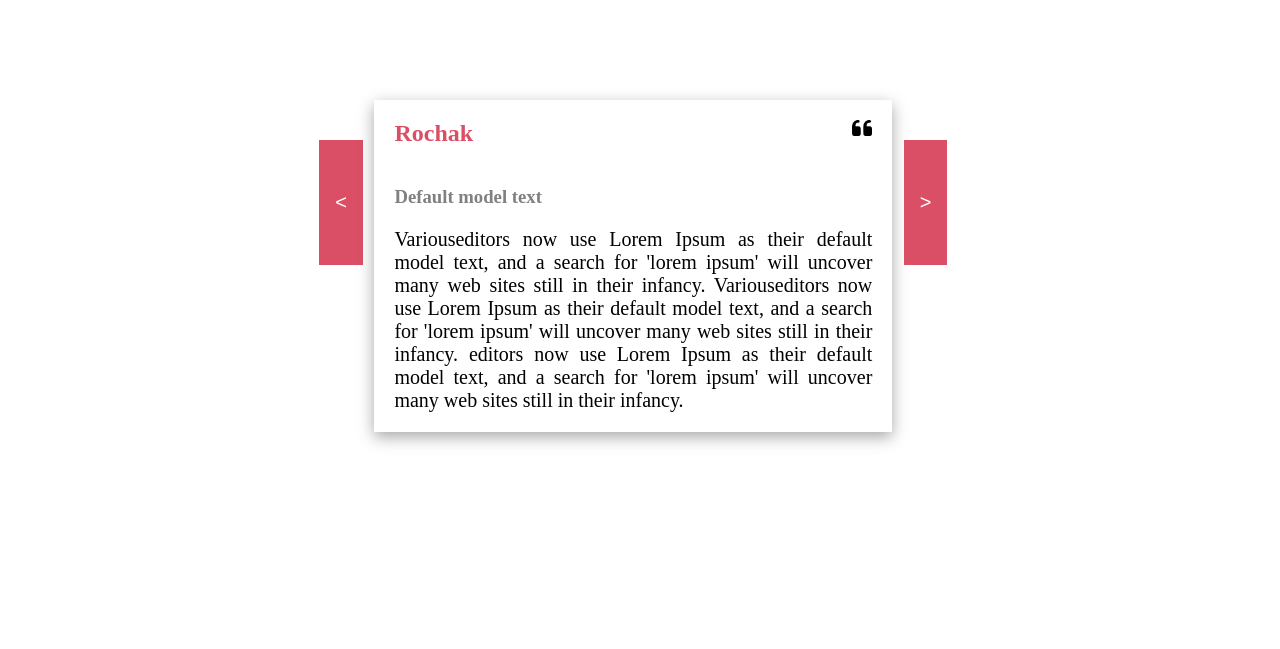
Repository: AVINKUMARP/gifts
Page: demo2.html
The author's editor kept a copy of each file at every save. The page is drawn from the files as they stood at one save, then again after the next save.
The browser window is 1280 px wide. The pictures show the whole page.

Above is the page before, as saved 2023-08-24 14:24:10.

### demo2.html
<!DOCTYPE html>
<html lang="en">
<head>
    <meta charset="UTF-8">
    <meta name="viewport" content="width=device-width, initial-scale=1.0">
    <title>Document</title>
    <style>
        .container{
            display: flex;
            flex-wrap: wrap;
            text-align: center;
            margin: 100px 300px;
        }
        .cbutl{
            width: 10%;
        }
        .cpara{
            width: 78%;
            box-shadow: rgba(0, 0, 0, 0.35) 0px 5px 15px;
        }
        .cbutr{
            width: 10%;
        }
        .csub{
            display: flex;
            flex-wrap: wrap;
            justify-content: space-between;
        }
        .cbutl button{
            background-color: #db4f66;
            color: white;
            border:1px solid #db4f66;
            padding: 50px 15px;
            font-size: 20px;
        }
        .cbutl{
            padding-top: 40px;
        }
        .cbutr button{
            background-color: #db4f66;
            color: white;
            border:1px solid #db4f66;
            padding: 50px 15px;
            font-size: 20px;
        }
        .cbutr{
            padding-top: 40px;
        }
        .csub h2{
            text-align: start;

        }
        .ch h2{
            color:#db4f66;
        }
        .cpara h3{
            color:gray;
        }
        .cpara h3{
            text-align: start;
            padding: 0 20px;
        }
        .cpara p{
            text-align: justify;
            font-size: 20px;
            padding: 0 20px;
        }
        .cicon{
            padding-top: 20px;
            text-align: end;
        }
        .csub{
            padding: 0 20px;
        }
    </style>
</head>
<body>
    <div class="container">
        <div class="cbutl"><button><</button></div>
        <div class="cpara">
            <div class="csub">
                <div class="ch"><h2>Rochak</h2>
                </div>
                <div class="cicon"><img src="./images/icon.png" alt="loading..." width="8%"></div>
            </div>
            <h3>Default model text</h3>
            <p>Variouseditors now use Lorem Ipsum as their default model text, and a search for 'lorem ipsum' will uncover many web sites still in their infancy. Variouseditors now use Lorem Ipsum as their default model text, and a search for 'lorem ipsum' will uncover many web sites still in their infancy. editors now use Lorem Ipsum as their default model text, and a search for 'lorem ipsum' will uncover many web sites still in their infancy.</p>
        </div>
        <div class="cbutr"><button>></button></div>
    </div>
</body>
</html>

After the next save:
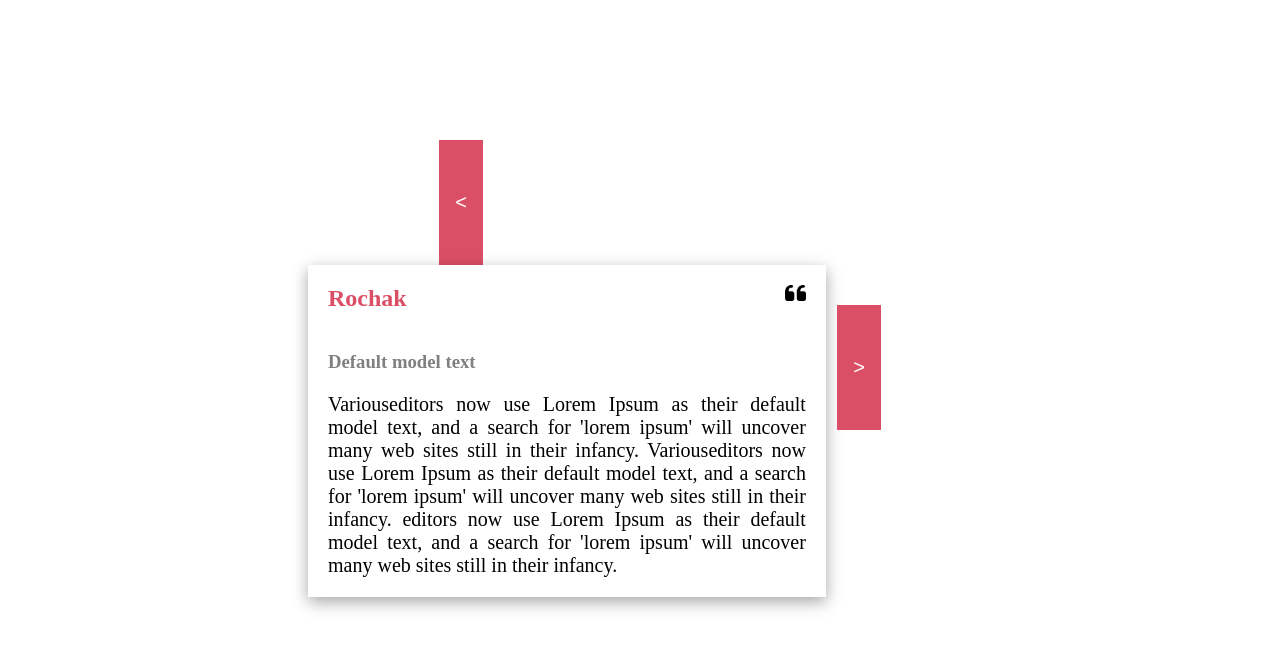
Saved 29 s later.
--- a/demo2.html
+++ b/demo2.html
@@ -35,6 +35,7 @@
         }
         .cbutl{
             padding-top: 40px;
+            padding-left: 120px;
         }
         .cbutr button{
             background-color: #db4f66;

After the save that followed:
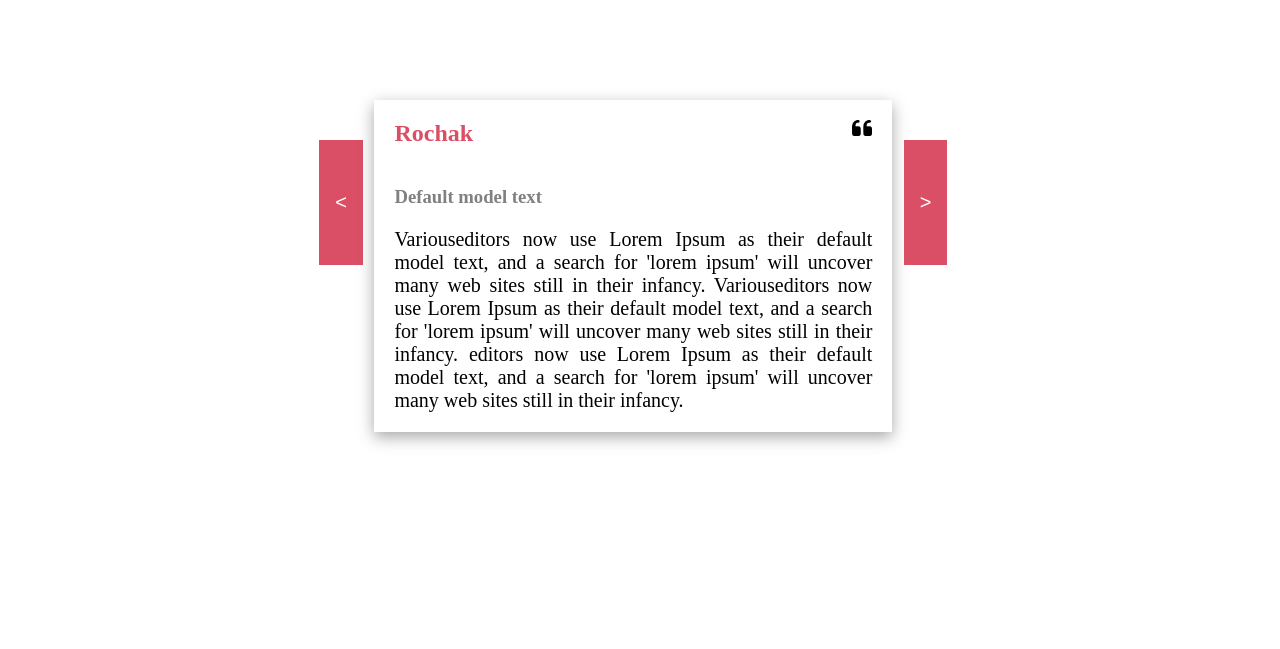
Saved 18 s later.
--- a/demo2.html
+++ b/demo2.html
@@ -35,7 +35,6 @@
         }
         .cbutl{
             padding-top: 40px;
-            padding-left: 120px;
         }
         .cbutr button{
             background-color: #db4f66;
